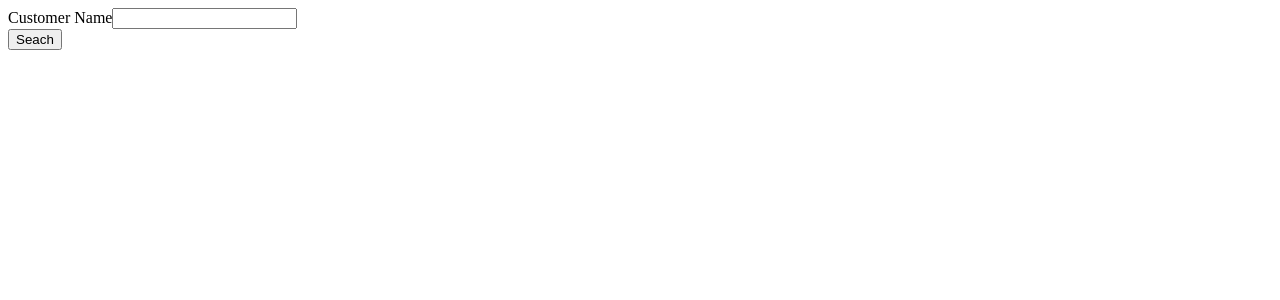
Repository: Mahesh2114/Project
Page: http://localhost/bms/search.jsp
An editor plug-in stored every save of this project. The page is shown before and after the next save, followed by the edit.
The browser window is 1280 px wide. The pictures show the whole page.
The page is served by Tomcat 9.

Above is the page before, as saved 2021-12-05 13:44:23.

After the next save:
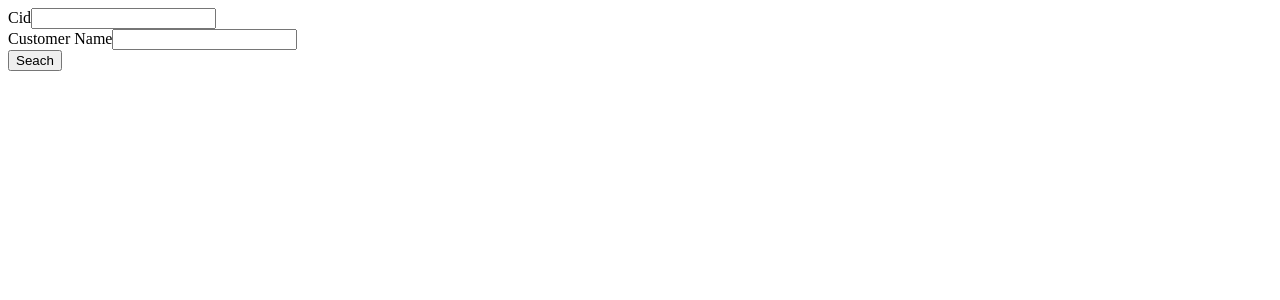
Saved 64 s later.
--- a/Project1/bms/src/main/webapp/search.jsp
+++ b/Project1/bms/src/main/webapp/search.jsp
@@ -9,6 +9,9 @@
 <body>
 <form action="/search" method="post">
          <div>
+			<label>Cid</label><input type="text" name="cid">
+		</div>
+         <div>
 			<label>Customer Name</label><input type="text" name="name">
 		</div>
 		<div>
